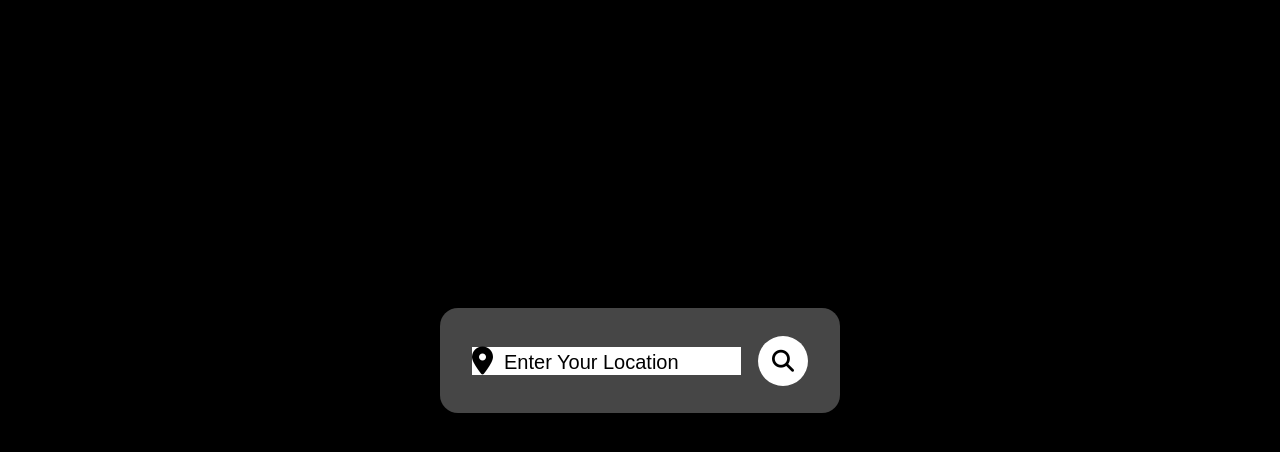
Repository: Pr1s0n3r627/weather
Page: index.html
These files come from the project's save history. The page is drawn as it stood at one moment and after the next save; the edit follows.
The browser window is 1280 px wide. The pictures show the whole page.
Some web libraries are served in a nearby version.

Above is the page before, as saved 2024-05-19 00:13:32.

After the next save:
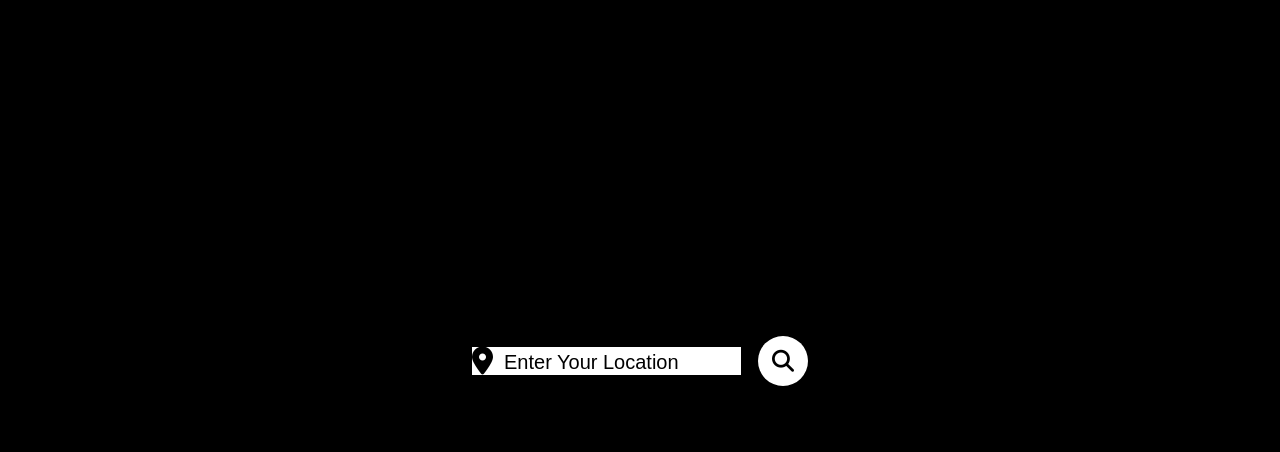
Saved 9 s later.
--- a/style.css
+++ b/style.css
@@ -18,7 +18,7 @@ body{
     position: relative;
     width: 400px;
     height: 105px;
-    background: #464646;
+    background: #000000;
     padding: 28px 32px;
     overflow: hidden;
     border-radius: 18px;
